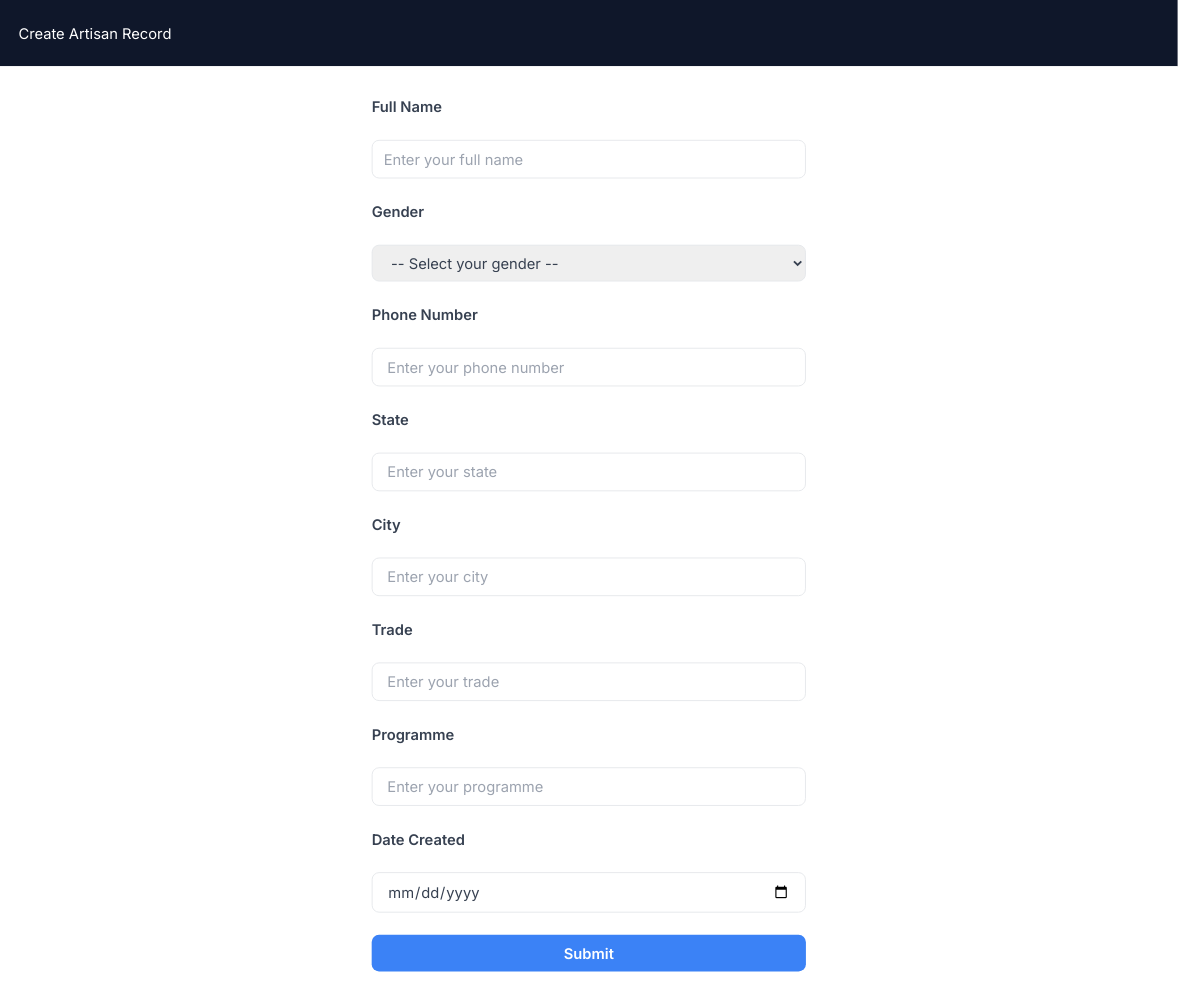
Repository: marcusdashe/artisanindex_frontend
Page: /components/CreateArtisan
These files come from the project's save history. The page is drawn as it stood at one moment and after the next save; the edit follows.
The browser window is 1280 px wide. The pictures show the whole page, at 92% of full size.
The project was rebuilt for these pictures with package versions that can differ from the ones it lists, and the page was loaded fresh each time. The framework's server and built-in components were replaced by stand-ins that run in the browser. Also part of the build but not shown: next.config.js.

Above is the page before, as saved 2023-03-09 11:26:07.

### pages/_app.js
import "@/styles/globals.css";
import "core-js/stable";
import "regenerator-runtime/runtime";

export default function App({ Component, pageProps }) {
  return <Component {...pageProps} />;
}

### pages/_document.js
import { Html, Head, Main, NextScript } from "next/document";

export default function Document() {
  return (
    <Html lang="en">
      <Head>
        <link rel="preconnect" href="https://fonts.googleapis.com" />
        <link
          rel="preconnect"
          href="https://fonts.gstatic.com"
          crossOrigin="true"
        />
        <link
          href="https://fonts.googleapis.com/css2?family=Inter:wght@100;200;300;400;500;600&display=swap"
          rel="stylesheet"
        />
      </Head>
      <body>
        <Main />
        <NextScript />
      </body>
    </Html>
  );
}

### pages/components/CreateArtisan.js
import React, { useState } from "react";
import axios from "axios";

function ViewArtisanDataScreen() {
  const [formData, setFormData] = useState({
    city: "",
    created: "",
    fullName: "",
    gender: "",
    phoneNumber: "",
    state: "",
    trade: "",
    programme: "",
  });

  const handleInputChange = (event) => {
    const { name, value } = event.target;
    setFormData({ ...formData, [name]: value });
  };

  const handleSubmit = (event) => {
    event.preventDefault();
    console.log(formData);
  };

  return (
    <div className="w-full h-[100vh]">
      <div className="w-full h-[10vh] bg-slate-900 flex items-center content-center justify-start text-white p-5">
        Create Artisan Record
      </div>
      <div className="flex-1 bg-white flex items-center justify-center">
        <div className="max-w-lg w-full px-5 py-8">
          <form onSubmit={handleSubmit} className="grid grid-cols-1 gap-6">
            <label htmlFor="fullName" className="text-gray-700 font-bold">
              Full Name
            </label>
            <input
              type="text"
              id="fullName"
              name="fullName"
              value={formData.fullName}
              onChange={handleInputChange}
              placeholder="Enter your full name"
              className="px-3 py-2 border rounded-lg text-gray-700 focus:outline-none focus:border-blue-500 focus:shadow-outline-blue"
              required
            />

            <label htmlFor="gender" className="text-gray-700 font-bold">
              Gender
            </label>
            <select
              id="gender"
              name="gender"
              value={formData.gender}
              onChange={handleInputChange}
              className="px-4 py-2 border rounded-lg text-gray-700 focus:outline-none focus:border-blue-500 focus:shadow-outline-blue"
              required
            >
              <option value="">-- Select your gender --</option>
              <option value="Male">Male</option>
              <option value="Female">Female</option>
            </select>

            <label htmlFor="phoneNumber" className="text-gray-700 font-bold">
              Phone Number
            </label>
            <input
              type="tel"
              id="phoneNumber"
              name="phoneNumber"
              value={formData.phoneNumber}
              onChange={handleInputChange}
              placeholder="Enter your phone number"
              className="px-4 py-2 border rounded-lg text-gray-700 focus:outline-none focus:border-blue-500 focus:shadow-outline-blue"
              required
            />

            <label htmlFor="state" className="text-gray-700 font-bold">
              State
            </label>
            <input
              type="text"
              id="state"
              name="state"
              value={formData.state}
              onChange={handleInputChange}
              placeholder="Enter your state"
              className="px-4 py-2 border rounded-lg text-gray-700 focus:outline-none focus:border-blue-500 focus:shadow-outline-blue"
              required
            />

            <label htmlFor="city" className="text-gray-700 font-bold">
              City
            </label>
            <input
              type="text"
              id="city"
              name="city"
              value={formData.city}
              onChange={handleInputChange}
              placeholder="Enter your city"
              className="px-4 py-2 border rounded-lg text-gray-700 focus:outline-none focus:border-blue-500 focus:shadow-outline-blue"
              required
            />

            <label htmlFor="trade" className="text-gray-700 font-bold">
              Trade
            </label>
            <input
              type="text"
              id="trade"
              name="trade"
              value={formData.trade}
              onChange={handleInputChange}
              placeholder="Enter your trade"
              className="px-4 py-2 border rounded-lg text-gray-700 focus:outline-none focus:border-blue-500 focus:shadow-outline-blue"
              required
            />
            <label htmlFor="programme" className="text-gray-700 font-bold">
              Programme
            </label>
            <input
              type="text"
              id="programme"
              name="programme"
              value={formData.programme}
              onChange={handleInputChange}
              placeholder="Enter your programme"
              className="px-4 py-2 border rounded-lg text-gray-700 focus:outline-none focus:border-blue-500 focus:shadow-outline-blue"
              required
            />

            <label htmlFor="created" className="text-gray-700 font-bold">
              Date Created
            </label>
            <input
              type="date"
              id="created"
              name="created"
              value={formData.created}
              onChange={handleInputChange}
              className="px-4 py-2 border rounded-lg text-gray-700 focus:outline-none focus:border-blue-500 focus:shadow-outline-blue"
              required
            />

            <button
              type="submit"
              className="px-4 py-2 bg-blue-500 text-white font-semibold rounded-lg hover:bg-blue-700"
            >
              Submit
            </button>
          </form>
        </div>
      </div>
    </div>
  );
}

export default ViewArtisanDataScreen;

### styles/globals.css
@tailwind base;
@tailwind components;
@tailwind utilities;

@layer base {
  html {
    font-family: "Inter", sans-serif;
  }
}

### tailwind.config.js
/** @type {import('tailwindcss').Config} */

module.exports = {
  content: [
    "./pages/**/*.{js,ts,jsx,tsx}",
    "./components/**/*.{js,ts,jsx,tsx}",
  ],
  theme: {
    extend: {},
  },
  plugins: [],
};

After the next save:
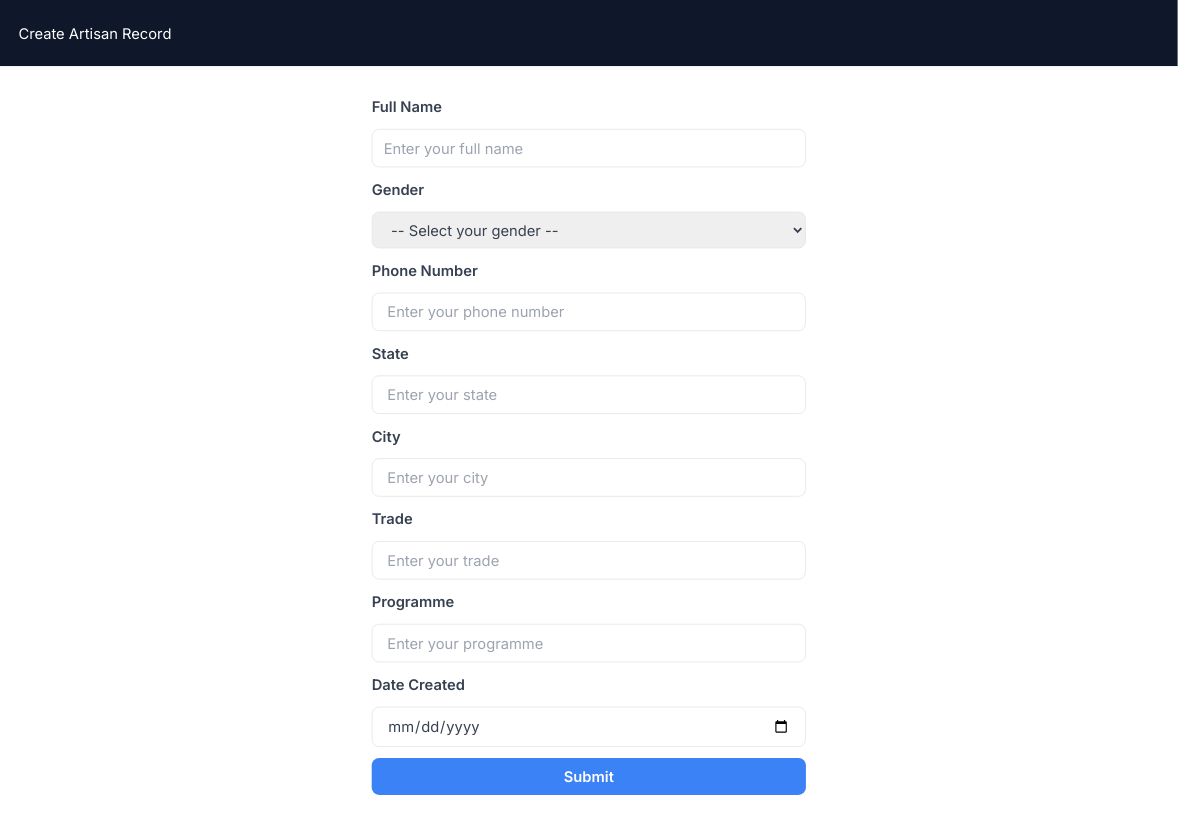
Saved 16 s later.
--- a/pages/components/CreateArtisan.js
+++ b/pages/components/CreateArtisan.js
@@ -30,7 +30,7 @@ function ViewArtisanDataScreen() {
       </div>
       <div className="flex-1 bg-white flex items-center justify-center">
         <div className="max-w-lg w-full px-5 py-8">
-          <form onSubmit={handleSubmit} className="grid grid-cols-1 gap-6">
+          <form onSubmit={handleSubmit} className="grid grid-cols-1 gap-3">
             <label htmlFor="fullName" className="text-gray-700 font-bold">
               Full Name
             </label>
